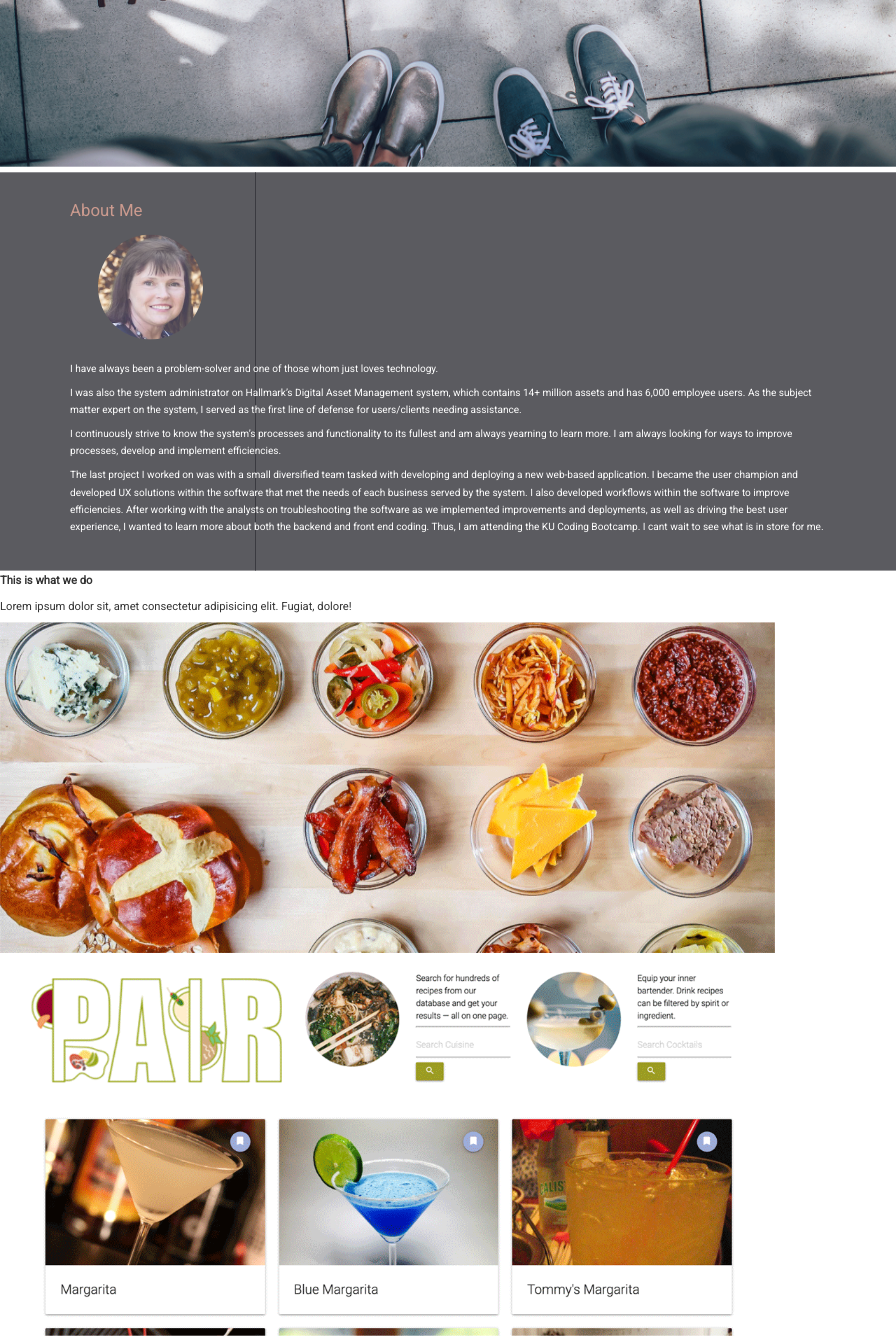
Repository: brandyquinlan/brandyquinlan
Page: index.html
These files come from the project's save history. The page is drawn as it stood at one moment and after the next save; the edit follows.
The browser window is 1280 px wide. The pictures show the part of the page from y = 483 to 2403 px (the page is 3530 px tall before and 3450 px after), at 70% of full size.
Some web libraries are served in a nearby version.

Above is the page before, as saved 2021-02-05 11:16:33.

After the next save:
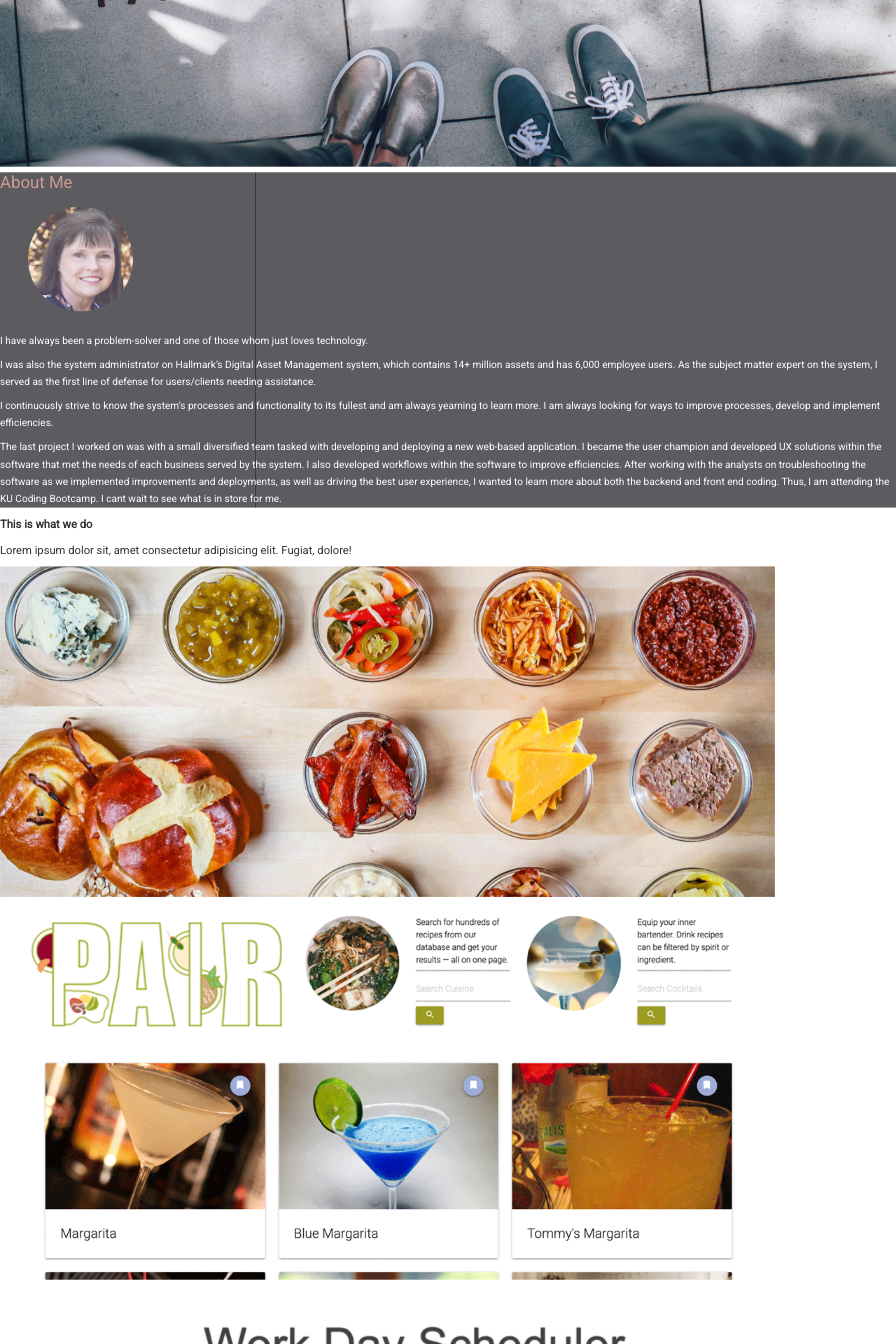
Saved 63 s later.
--- a/css/style.css
+++ b/css/style.css
@@ -91,7 +91,7 @@
 /* About */
 
 #aboutMe {
-    padding: 40px 100px;
+    /* padding: 40px 100px; */
     background: #333339;
     color: #fff;
     opacity: .8;

After the save that followed:
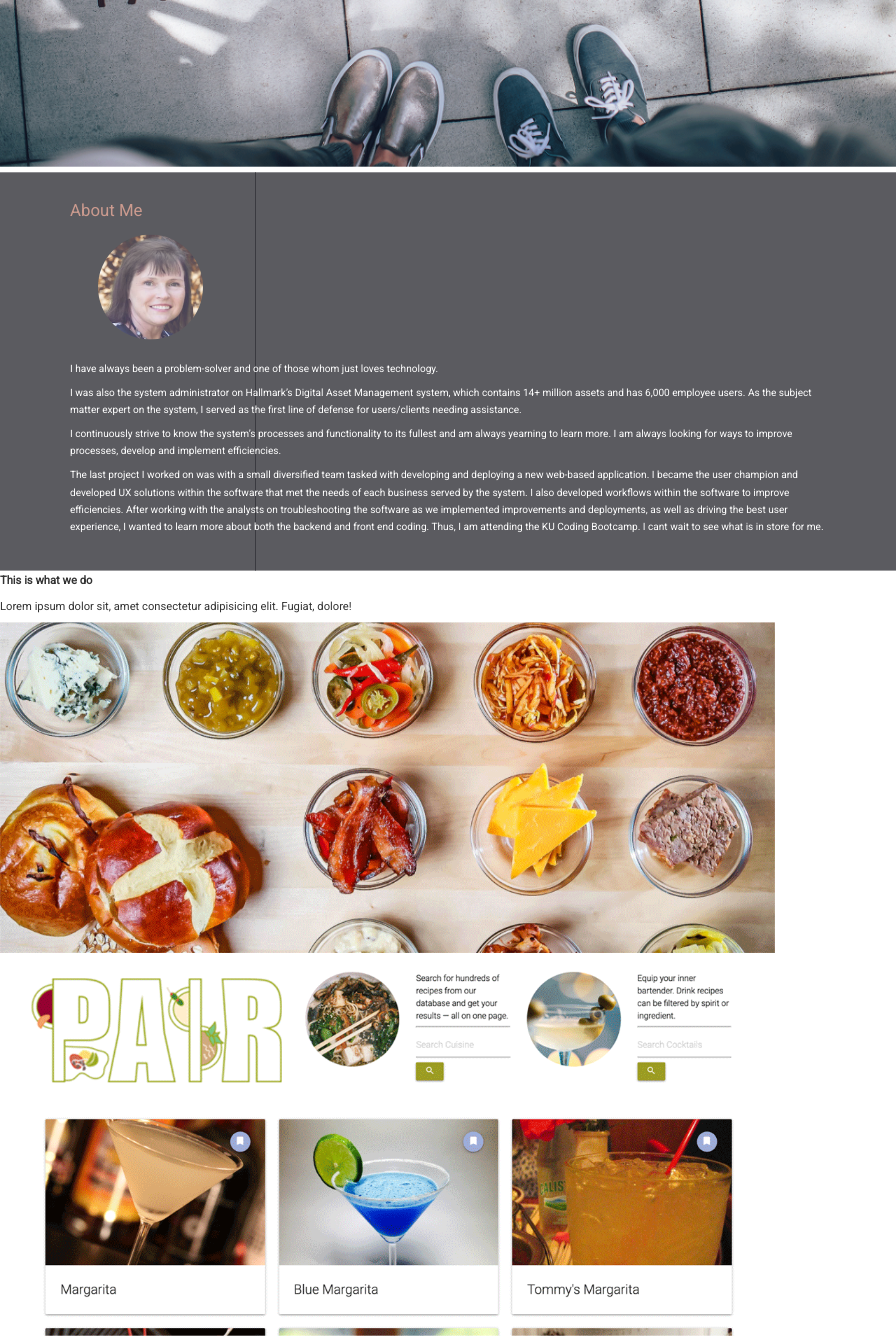
Saved 10 s later.
--- a/css/style.css
+++ b/css/style.css
@@ -91,7 +91,7 @@
 /* About */
 
 #aboutMe {
-    /* padding: 40px 100px; */
+    padding: 40px 100px;
     background: #333339;
     color: #fff;
     opacity: .8;
